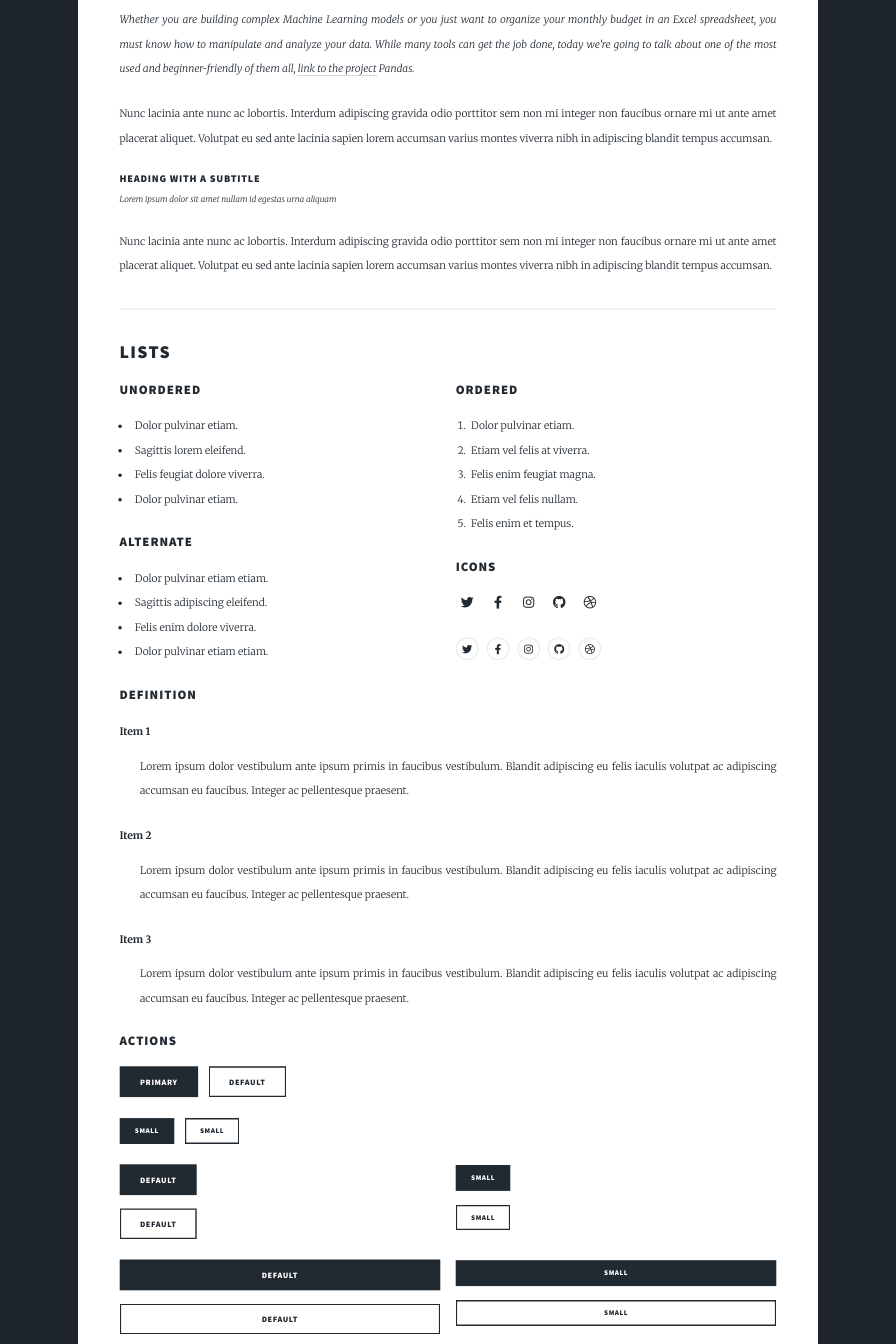
Repository: enlilsudo/Orlando-Portfolio
Page: elements.html
These files come from the project's save history. The page is drawn as it stood at one moment and after the next save; the edit follows.
The browser window is 1280 px wide. The pictures show the part of the page from y = 2206 to 4126 px (the page is 10468 px tall before and 10494 px after), at 70% of full size.

Above is the page before, as saved 2023-02-19 14:27:19.

After the next save:
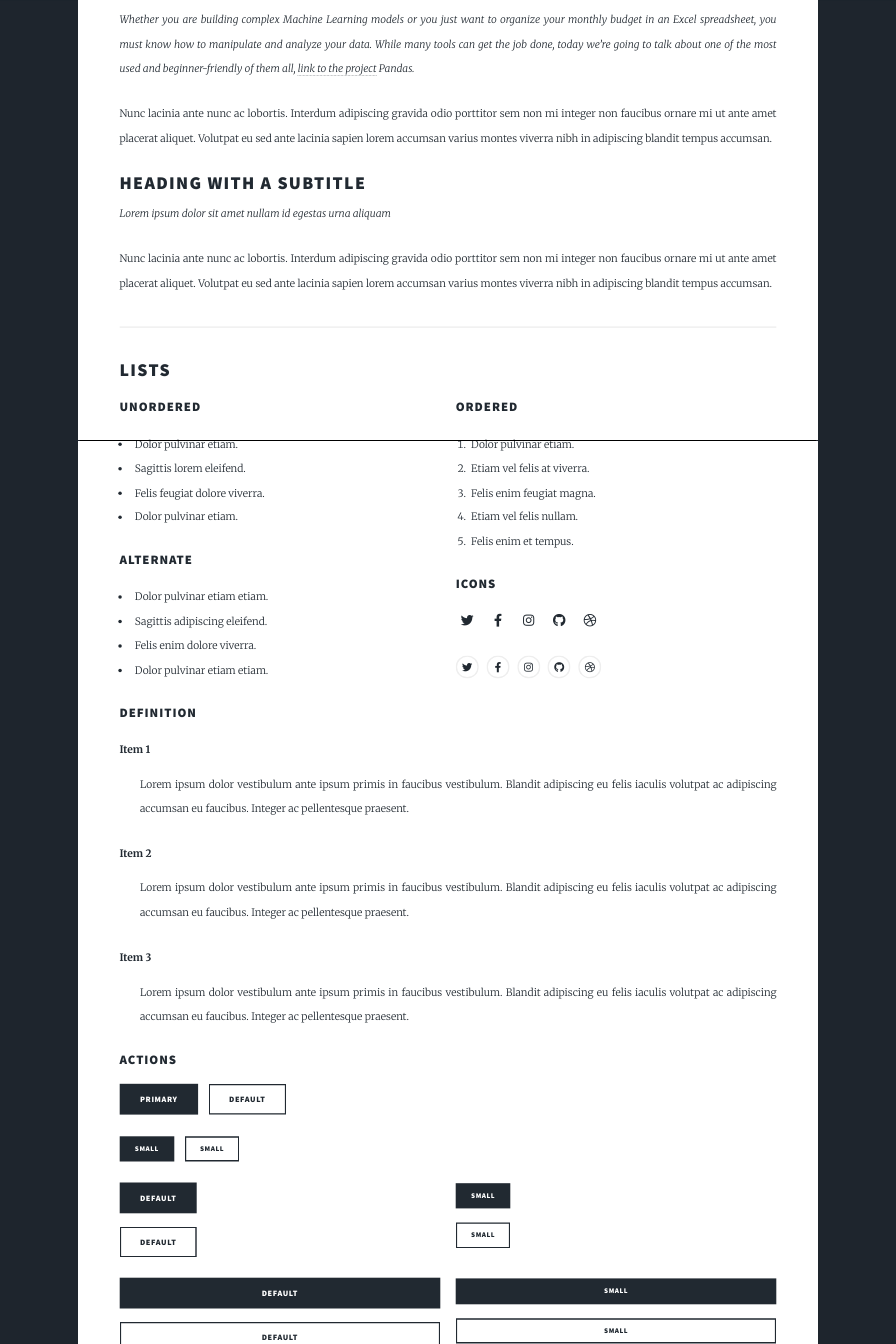
Saved 17 s later.
--- a/elements.html
+++ b/elements.html
@@ -95,7 +95,7 @@
 									</header>
 									<p>Nunc lacinia ante nunc ac lobortis. Interdum adipiscing gravida odio porttitor sem non mi integer non faucibus ornare mi ut ante amet placerat aliquet. Volutpat eu sed ante lacinia sapien lorem accumsan varius montes viverra nibh in adipiscing blandit tempus accumsan.</p>
 									<header>
-										<h4>Heading with a Subtitle</h4>
+										<h2>Heading with a Subtitle</h2>
 										<p>Lorem ipsum dolor sit amet nullam id egestas urna aliquam</p>
 									</header>
 									<p>Nunc lacinia ante nunc ac lobortis. Interdum adipiscing gravida odio porttitor sem non mi integer non faucibus ornare mi ut ante amet placerat aliquet. Volutpat eu sed ante lacinia sapien lorem accumsan varius montes viverra nibh in adipiscing blandit tempus accumsan.</p>
